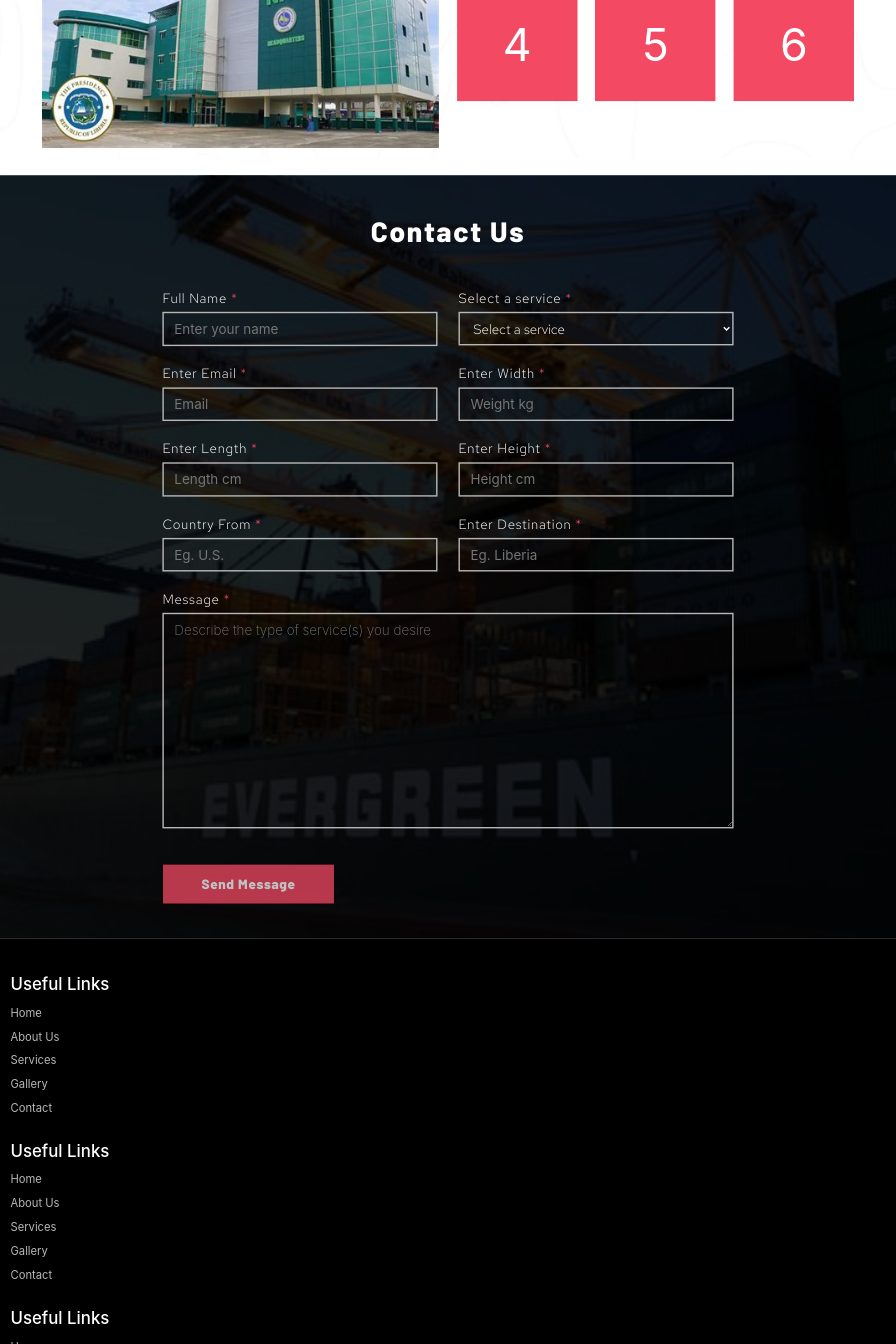
Repository: just-mann/express-delivery
Page: index.html
The author's editor kept a copy of each file at every save. The page is drawn from the files as they stood at one save, then again after the next save.
The browser window is 1280 px wide. The pictures show the part of the page from y = 3449 to 5369 px (the page is 5605 px tall before and 5629 px after), at 70% of full size.
Some web libraries are served in a nearby version. The style sheet was rebuilt from its Sass, Less or Tailwind sources for each picture, by a compiler version that may differ from the author's.

Above is the page before, as saved 2021-07-08 02:23:08.

### index.html
<!DOCTYPE html>
<html lang="en">
    <head>
        <meta charset="UTF-8">
        <meta http-equiv="X-UA-Compatible" content="IE=edge">
        <meta name="viewport" content="width=device-width, initial-scale=1.0">
        <meta name="author" content="Justin Kollie">
        <meta name="description" content="Reliable shipping solutions across the U.S.">
        <link rel="stylesheet" href="/css/style.css">
        <link rel="stylesheet" href="https://unpkg.com/aos@next/dist/aos.css" />
        <link rel="stylesheet" href="https://cdnjs.cloudflare.com/ajax/libs/font-awesome/5.15.3/css/all.min.css" referrerpolicy="no-referrer" />
        <script src="https://ajax.googleapis.com/ajax/libs/jquery/2.1.1/jquery.min.js"></script>
        <title>Express Delivery | Your Trusted Delivery System</title>
    </head>
    <body id="top">
        <div id="preloader" class="preloader">
            <div class="spinner-border" role="status">
                <span class="sr-only"></span>
            </div>
        </div>
        <header>
            <div class="top-section">
                <div>
                    <p><i class="fas fa-headphones"></i> 401 123 4567</p>
                    <p class="emailAdd"><i class="fas fa-envelope"></i> expressdelivery@email.com</p>
                    <p><i class="fas fa-map-marker-alt"></i> Providence, RI</p>
                </div>
            </div>
            <nav>
                <a href="#" class="logo"><span>Express</span>Delivery</a>
                <div class="nav__links">
                    <a href="#">Home</a>
                    <a href="#services">Services</a>
                    <a href="#aboutUs">About</a>
                    <a href="#gallery">Gallery</a>
                    <a class="quoteGet" href="#contact-us">Contact</a>
                </div>
                <i class="fas fa-bars menuBars"></i>
            </nav>
            <div class="side__nav__links">
                <i class="fas fa-times closeBtn"></i>
                <a href="#" class="homeBtn">Home</a>
                <a href="#services" class="servicesBtn">Services</a>
                <a href="#aboutUs" class="aboutBtn">About</a>
                <a href="#gallery">Gallery</a>
                <a class="quoteGet" href="#contact-us">Contact</a>
            </div>
            <section class="hero__div mb-3">
                <div class="hero__section">
                    <div class="hero__overlay">
                        <h2>Express Delivery</h2>
                        <p class="firstPara">
                            Lorem ipsum dolor sit amet, consectetur
                            adipisicing elit. Quam cupiditate aliquam
                            mollitia perferendis? Dignissimos, ad?
                        </p>
                        <!-- <p class="secondPara">Lorem ipsum dolor sit amet.</p> -->
                        <a href="#services">Learn More</a>
                    </div>
                </div>
            </section>
        </header>
        <section class="product__description my-2" id="services">
            <h1>What We Offer</h1>
            <div class="servDiv">
                <div class="servCard my-4">
                    <div class="detDiv pl-0">
                        <h3>Delivery</h3>
                        <p>Lorem ipsum dolor sit amet consectetur,
                            adipisicing elit. Sunt repellat dignissimos
                            tempora velit magnam, fuga nam quasi impedit
                            cum temporibus quod nihil sapiente! </p>
                        <a href="#contact-us">Take me there</a>
                    </div>
                    <div class="imgDiv">
                        <img src="/images/boxes.jpg" alt="boxes">
                    </div>
                </div>
                <div class="servCard my-4">
                    <div class="imgDiv order">
                        <img src="/images/container_ship.jpg" alt="container">
                    </div>
                    <div class="detDiv">
                        <h3 class="mb-3">Shipping</h3>
                        <p>
                            Lorem ipsum dolor sit amet consectetur, adipisicing elit.
                            Sunt repellat dignissimos tempora velit magnam, fuga nam quasi
                            impedit cum temporibus quod nihil sapiente!
                        </p>
                        <a href="#contact-us">Take me there</a>
                    </div>
                </div>
                <div class="servCard my-4">
                    <div class="detDiv pl-0">
                        <h3 class="mb-sm-3 mb-xs-3">Heading</h3>
                        <p>
                            Lorem ipsum dolor sit amet consectetur, adipisicing elit.
                            Sunt repellat dignissimos tempora velit magnam, fuga nam quasi
                            impedit cum temporibus quod nihil sapiente!
                        </p>
                        <a href="#contact-us">Take me there</a>
                    </div>
                    <div class="imgDiv">
                        <img src="/images/container__contact.jpg" alt="shipping">
                    </div>
                </div>
            </div>
        </section>
        <section class="aboutUs" id="aboutUs">
            <h1>About Us</h1>
            <p class="par">
                Lorem ipsum dolor sit amet consectetur adipisicing elit.
                Repellat consectetur alias sed dolores aspernatur asperiores!
            </p>
            <div class="about__div">
                <div class="cardDiv my-2">
                    <div class="imgDiv">
                        <img src="/images/shipping.jpg" alt="img1">
                    </div>
                    <div class="desDiv">
                        <h2>5+ Years</h2>
                        <p>
                            Lorem ipsum dolor sit amet, consectetur
                            adipisicing elit. Explicabo laboriosam.
                        </p>
                        <h2>2+ Years</h2>
                        <p>
                            Lorem ipsum dolor sit amet, consectetur
                            adipisicing elit. Explicabo laboriosam.
                        </p>
                        <h2>4+ Years</h2>
                        <p>
                            Lorem ipsum dolor sit amet, consectetur
                            adipisicing elit. Explicabo laboriosam.
                        </p>
                    </div>
                </div>
            </div>
        </section>
        <section class="gallery mb-4" id="gallery">
            <h3>Express Delivery Gallery</h3>
            <div class="gallery__div">
                <div>
                    <img src="/images/shipOnSea.jpg" alt="shipOnSea">
                </div>
                <div>
                    <img src="/images/containersSunRise.jpg" alt="sunRiseContainers">
                </div>
                <div>
                    <img src="/images/npaLib.jpg" alt="NPA">
                </div>
                <div>4</div>
                <div>5</div>
                <div>6</div>
            </div>
        </section>
        <section class="contact" id="contact-us">
            <div class="contact__overlay px-0">
                <h3>Contact Us</h3>
                <form action="">
                    <div class="row w-100 mx-0 px-0">
                        <div class="col-lg-6">
                            <label for="fullName">Full Name</label>
                            <input type="text" name="fullName" id="fullName" class="w-100" placeholder="Enter your name"></input>
                        </div>
                        <div class="col-lg-6">
                            <label for="service-required">Select a service</label>
                            <select name="service-required" id="serviceRequired" class="w-100">
                                <option value="service1">Select a service</option>
                                <option value="service1">Service 1</option>
                                <option value="service2">Service 2</option>
                                <option value="service3">Service 3</option>
                                <option value="service4">Service 4</option>
                            </select>
                        </div>
                    </div>
                    <div class="row w-100 mx-0 px-0">
                        <div class="emailDiv col-lg-6">
                            <label for="email">Enter Email</label>
                            <input type="email" name="email" id="email" placeholder="Email">
                        </div>
                        <div class="weightDiv col-lg-6">
                            <label for="weight">Enter Width</label>
                            <input type="number" name="weight" id="weight" placeholder="Weight kg">
                        </div>
                    </div>
                    <div class="row w-100 mx-0 px-0">
                        <di class="lengthDiv  col-lg-6">
                            <label for="length">Enter Length</label>
                            <input type="number" placeholder="Length cm">
                        </di w-100v>
                        <div class="heightDiv col-lg-6">
                            <label for="height">Enter Height</label>
                            <input type="number" placeholder="Height cm">
                        </div>
                    </div>
                    <div class="row w-100 mx-0 px-0">
                        <div class="countryFromDiv col-lg-6">
                            <label for="from">Country From</label>
                            <input type="text" name="country-from" id="country-from" placeholder="Eg. U.S.">
                        </div>
                        <div class="countryToDiv col-lg-6">
                            <label for="fname">Enter Destination</label>
                            <input type="text" name="country-to" id="country-to" placeholder="Eg. Liberia">
                        </div>
                    </div>
                    <div class="row w-100 mx-0 px-0">
                        <div class="col-lg-12 w-100">
                            <label for="message">Message</label>
                            <textarea name="message" id="message" cols="30" rows="10" class="w-100" placeholder="Describe the type of service(s) you desire"></textarea>
                        </div>
                    </div>
                    <div class="p-3">
                        <input type="submit" value="Send Message">
                    </div>
                </form>
            </div>
        </section>
        <section class="footer">
            <div class="top__section">

                <div class="usefulLinks">
                    <h4>Useful Links</h4>
                    <a href="#">Home</a>
                    <a href="#aboutUs">About Us</a>
                    <a href="#services">Services</a>
                    <a href="#gallery">Gallery</a>
                    <a href="#contact-us">Contact</a>
                </div>

                <div class="usefulLinks">
                    <h4>Useful Links</h4>
                    <a href="#">Home</a>
                    <a href="#aboutUs">About Us</a>
                    <a href="#services">Services</a>
                    <a href="#gallery">Gallery</a>
                    <a href="#contact-us">Contact</a>
                </div>

                <div class="usefulLinks">
                    <h4>Useful Links</h4>
                    <a href="#">Home</a>
                    <a href="#aboutUs">About Us</a>
                    <a href="#services">Services</a>
                    <a href="#gallery">Gallery</a>
                    <a href="#contact-us">Contact</a>
                </div>
            </div>
        </section>
        <div class="bottom__section">
            <p><span>Express</span>Delivery &copy <span class="currentYear"></span></p>
        </div>
        <span class="page__up__arrow"><i class="fas fa-level-up-alt"></i></span>
        <!-- Optional JS -->
        <script src="/JS/script.js"></script>
        <!-- Bootstrap Slider -->
        <script src="https://cdnjs.cloudflare.com/ajax/libs/bootstrap-slider/11.0.2/bootstrap-slider.min.js" integrity="sha512-f0VlzJbcEB6KiW8ZVtL+5HWPDyW1+nJEjguZ5IVnSQkvZbwBt2RfCBY0CBO1PsMAqxxrG4Di6TfsCPP3ZRwKpA==" crossorigin="anonymous" referrerpolicy="no-referrer"></script>
        <!-- Bootstrap -->
        <!-- Latest compiled and minified CSS -->
        <link rel="stylesheet" href="https://maxcdn.bootstrapcdn.com/bootstrap/4.5.2/css/bootstrap.min.css">

        <!-- jQuery library -->
        <script src="https://ajax.googleapis.com/ajax/libs/jquery/3.5.1/jquery.min.js"></script>

        <!-- Popper JS -->
        <script src="https://cdnjs.cloudflare.com/ajax/libs/popper.js/1.16.0/umd/popper.min.js"></script>

        <!-- Latest compiled JavaScript -->
        <script src="https://maxcdn.bootstrapcdn.com/bootstrap/4.5.2/js/bootstrap.min.js"></script>
        <!-- JQuery -->
        <script src="https://cdnjs.cloudflare.com/ajax/libs/jquery/3.6.0/jquery.min.js" referrerpolicy="no-referrer"></script>
        <script src="https://unpkg.com/aos@next/dist/aos.js"></script>
    <script>
        AOS.init({
            delay: 50,
            easing: 'ease-in-out',
            offset: 400,
            duration: 300,
        });
    </script>
    </body>
</html>

### Sass/default__styles.scss
// Google Fonts
@import url('https://fonts.googleapis.com/css2?family=Abel&family=Dancing+Script:wght@300&family=Fredoka+One&family=Permanent+Marker&family=Red+Hat+Text:wght@300&family=Roboto:wght@100&family=Sacramento&display=swap');

// Barlow Font ===> Google Fonts
@import url('https://fonts.googleapis.com/css2?family=Barlow:wght@800&display=swap');



// Styles for items like buttons, links, lists, and colors, fonts, etc..

// Variables
$primary__color: #F34963;
$secondary__color: #560c88;
$light__white: #ffffff;
$dark__white: #b8b7b7;
$primary__font: 'Permanent Marker', cursive;
$secondary__font: 'Barlow';
$third__font: 'Red Hat Text', sans-serif;
$text__font: 'Roboto', sans-serif;








html {
    scroll-behavior: smooth;
}

a {
    text-decoration: none;
}

ul, li {
    list-style: none;
}

### Sass/responsive.scss
// @include responsive;

Loaded but not shown: Sass/reset.scss (common file); JS/script.js (65 lines, source omitted); Sass/style.scss (618 lines, source omitted); Sass/mixins.scss (413 lines, source omitted)

After the next save:
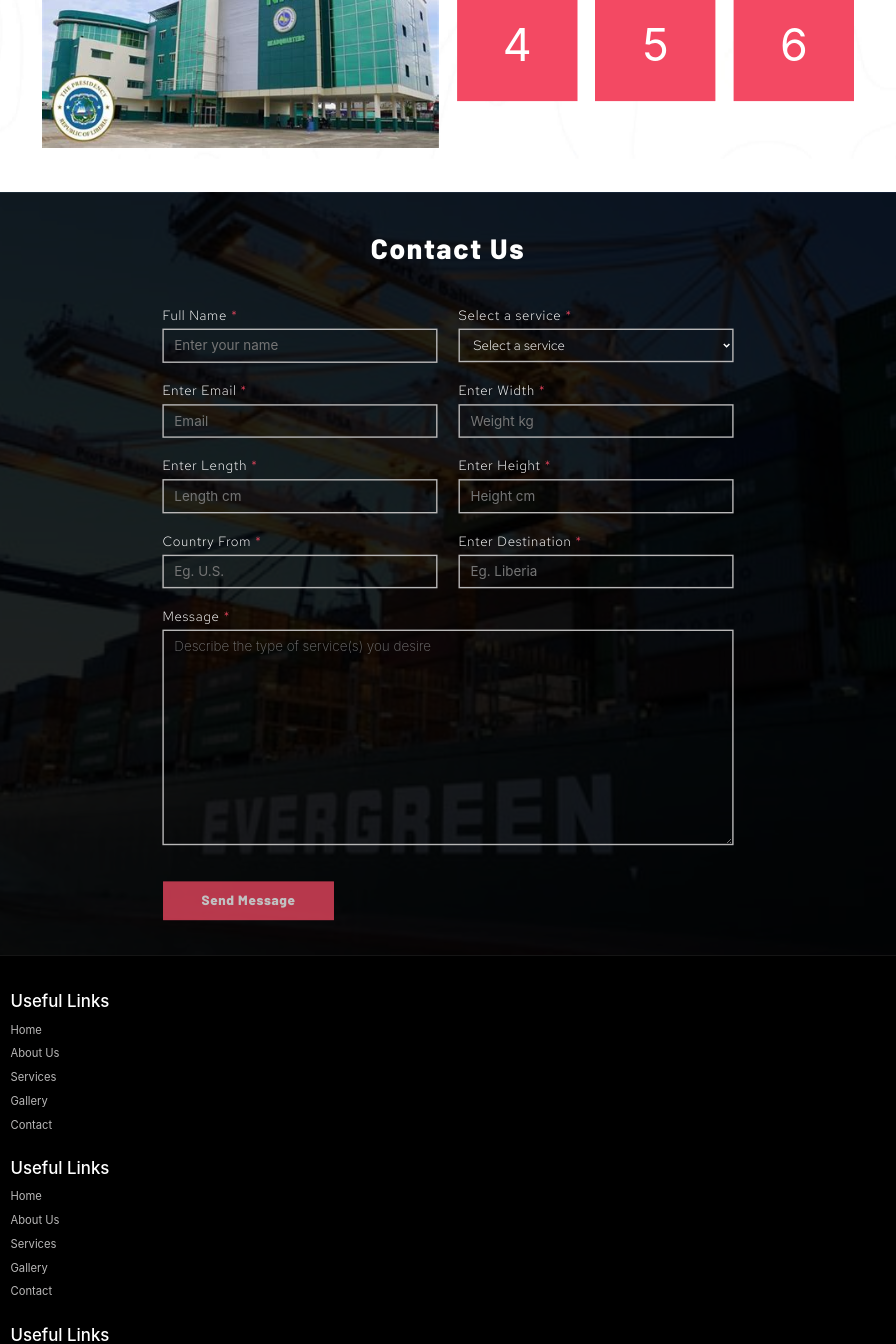
Saved 6 s later.
--- a/index.html
+++ b/index.html
@@ -137,7 +137,7 @@
                 </div>
             </div>
         </section>
-        <section class="gallery mb-4" id="gallery">
+        <section class="gallery mb-5" id="gallery">
             <h3>Express Delivery Gallery</h3>
             <div class="gallery__div">
                 <div>
